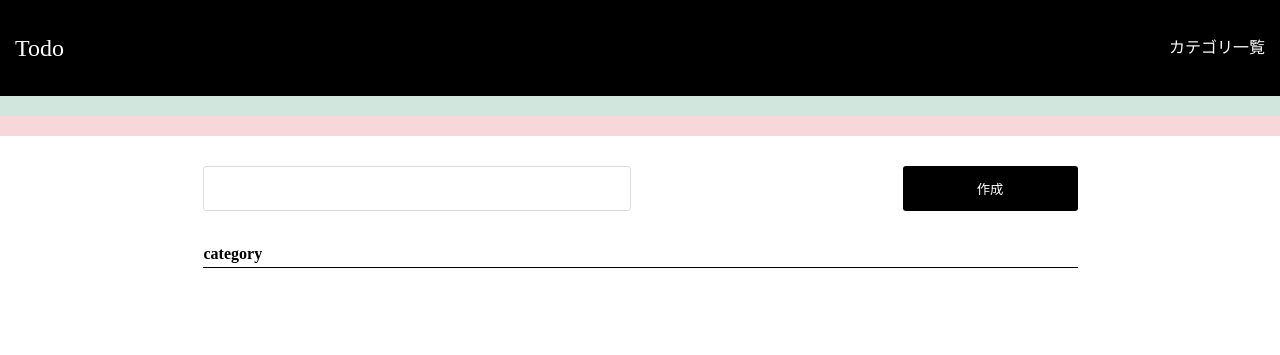
Repository: mayu-ya/todo4
Page: http://localhost/categories
An editor plug-in stored every save of this project. The page is shown before and after the next save, followed by the edit.
The browser window is 1280 px wide. The pictures show the whole page.
The page is served by the project's Laravel application, run on PHP 8.4 with Laravel 8. Other server files are loaded and not shown. Queries for data that is not in the repository find no rows.

Above is the page before, as saved 2026-01-13 23:26:04.

### src/routes/web.php
<?php

use Illuminate\Support\Facades\Route;
use App\Http\Controllers\TodoController;
use App\Http\Controllers\CategoryController;

/*
|--------------------------------------------------------------------------
| Web Routes
|--------------------------------------------------------------------------
|
| Here is where you can register web routes for your application. These
| routes are loaded by the RouteServiceProvider within a group which
| contains the "web" middleware group. Now create something great!
|
*/

Route::get('/', [TodoController::class, 'index']);
Route::post('/todos', [TodoController::class, 'store']);
Route::patch('/todos/update', [TodoController::class, 'update']);
Route::delete('todos/delete', [TodoController::class, 'destroy']);

Route::get('/categories', [CategoryController::class, 'index']);

### src/app/Http/Controllers/CategoryController.php
<?php

namespace App\Http\Controllers;

use App\Models\Category;
use Illuminate\Http\Request;

class CategoryController extends Controller
{
    public function index()
    {
        $categories = Category::all();

        return view('category', compact('categories'));
    }
}

### src/app/Models/Category.php
<?php

namespace App\Models;

use Illuminate\Database\Eloquent\Factories\HasFactory;
use Illuminate\Database\Eloquent\Model;

class Category extends Model
{
    use HasFactory;

    protected $fillable = ['neme'];
}

### src/resources/views/category.blade.php
@extends('layouts.app')

@section('css')
<link rel="stylesheet" href="{{ asset('css/category.css') }}">
@endsection

@section('content')
<div class="category-message">
    <div class="category-success">
        <div class="category-success_message"></div>
    </div>
    <div class="category-error">
        <div class="category-error_message"></div>
    </div>
</div>

<div class="content">
    <form class="category-form">
        <div class="category-form_item">
            <input type="text" class="category-form_item-input" name="category">
        </div>
        <div class="category-form_button">
            <button class="category-form_button-submit" type="submit">作成</button>
        </div>
    </form>

    <table class="table">
        <tr class="table-row">
            <th class="table-header">
                <div class="table-header-item">category</div>
            </th>
        </tr>
        @foreach($categories as $category)
        <tr class="table-row">
            <td class="table_item">
                <form class="table-update" action="/">
                    <div class="table-update_item">
                        <input type="text" class="table-update_item-input" name="category">
                    </div>
                    <div class="table-update_button">
                        <button class="table-update_button-submit" type="submit">更新</button>
                    </div>
                </form>
            </td>
            <td class="table_item">
                <form class="table-delete" action="/">
                    <div class="table-delete_button">
                        <button class="table-delete_button-submit" type="submit">削除</button>
                    </div>
                </form>
            </td>
        </tr>
        @endforeach
    </table>
</div>
@endsection

### src/resources/views/layouts/app.blade.php
<!DOCTYPE html>
<html lang="ja">
<head>
    <meta charset="UTF-8">
    <meta name="viewport" content="width=device-width, initial-scale=1.0">
    <title>Todo</title>
    <link rel="stylesheet" href="{{ asset('css/sanitize.css') }}">
    <link rel="stylesheet" href="{{ asset('css/common.css') }}">
    @yield('css')
</head>
<body>
    <header class="header">
        <div class="header-inner">
            <div class="header-utilities">
                <a href="/" class="header-logo">Todo</a>
                <nav>
                    <ul class="header-nav">
                        <li class="header-nav_item">
                            <a href="/categories" class="header-nav_link">カテゴリ一覧</a>
                        </li>
                    </ul>
                </nav>
            </div>
        </div>
    </header>

    <main>
        @yield('content')
    </main>
</body>
</html>

### src/public/css/sanitize.css
/* Document
* ========================================================================== */

/**
* Add border box sizing in all browsers (opinionated).
*/

*,
::before,
::after {
box-sizing: border-box;
}

/**
* 1. Add text decoration inheritance in all browsers (opinionated).
* 2. Add vertical alignment inheritance in all browsers (opinionated).
*/

::before,
::after {
vertical-align: inherit; /* 2 */
text-decoration: inherit; /* 1 */
}

/**
* 1. Use the default cursor in all browsers (opinionated).
* 2. Change the line height in all browsers (opinionated).
* 3. Use a 4-space tab width in all browsers (opinionated).
* 4. Remove the grey highlight on links in iOS (opinionated).
* 5. Prevent adjustments of font size after orientation changes in
*    IE on Windows Phone and in iOS.
* 6. Breaks words to prevent overflow in all browsers (opinionated).
*/

html {
word-break: break-word; /* 6 */
-moz-tab-size: 4; /* 3 */
tab-size: 4; /* 3 */
line-height: 1.5; /* 2 */
cursor: default; /* 1 */

-webkit-tap-highlight-color: transparent /* 4 */;
-ms-text-size-adjust: 100%; /* 5 */
-webkit-text-size-adjust: 100%; /* 5 */
}

/* Sections
* ========================================================================== */

/**
* Remove the margin in all browsers (opinionated).
*/

body {
margin: 0;
}

/**
* Correct the font size and margin on `h1` elements within `section` and
* `article` contexts in Chrome, Edge, Firefox, and Safari.
*/

h1 {
margin: 0.67em 0;
font-size: 2em;
}

/* Grouping content
* ========================================================================== */

/**
* Remove the margin on nested lists in Chrome, Edge, IE, and Safari.
*/

dl dl,
dl ol,
dl ul,
ol dl,
ul dl {
margin: 0;
}

/**
* Remove the margin on nested lists in Edge 18- and IE.
*/

ol ol,
ol ul,
ul ol,
ul ul {
margin: 0;
}

/**
* 1. Add the correct sizing in Firefox.
* 2. Show the overflow in Edge 18- and IE.
*/

hr {
overflow: visible; /* 2 */
height: 0; /* 1 */
}

/**
* Add the correct display in IE.
*/

main {
display: block;
}

/**
* Remove the list style on navigation lists in all browsers (opinionated).
*/

nav ol,
nav ul {
padding: 0;
list-style: none;
}

/**
* 1. Correct the inheritance and scaling of font size in all browsers.
* 2. Correct the odd `em` font sizing in all browsers.
*/

pre {
font-size: 1em; /* 2 */
font-family: monospace, monospace; /* 1 */
}

/* Text-level semantics
* ========================================================================== */

/**
* Remove the gray background on active links in IE 10.
*/

a {
background-color: transparent;
}

/**
* Add the correct text decoration in Edge 18-, IE, and Safari.
*/

abbr[title] {
text-decoration: underline;
text-decoration: underline dotted;
}

/**
* Add the correct font weight in Chrome, Edge, and Safari.
*/

b,
strong {
font-weight: bolder;
}

/**
* 1. Correct the inheritance and scaling of font size in all browsers.
* 2. Correct the odd `em` font sizing in all browsers.
*/

code,
kbd,
samp {
font-size: 1em; /* 2 */
font-family: monospace, monospace; /* 1 */
}

/**
* Add the correct font size in all browsers.
*/

small {
font-size: 80%;
}

/* Embedded content
* ========================================================================== */

/*
* Change the alignment on media elements in all browsers (opinionated).
*/

audio,
canvas,
iframe,
img,
svg,
video {
vertical-align: middle;
}

/**
* Add the correct display in IE 9-.
*/

audio,
video {
display: inline-block;
}

/**
* Add the correct display in iOS 4-7.
*/

audio:not([controls]) {
display: none;
height: 0;
}

/**
* Remove the border on iframes in all browsers (opinionated).
*/

iframe {
border-style: none;
}

/**
* Remove the border on images within links in IE 10-.
*/

img {
border-style: none;
}

/**
* Change the fill color to match the text color in all browsers (opinionated).
*/

svg:not([fill]) {
fill: currentColor;
}

/**
* Hide the overflow in IE.
*/

svg:not(:root) {
overflow: hidden;
}

/* Tabular data
* ========================================================================== */

/**
* Collapse border spacing in all browsers (opinionated).
*/

table {
border-collapse: collapse;
}

/* Forms
* ========================================================================== */

/**
* Remove the margin on controls in Safari.
*/

button,
input,
select {
margin: 0;
}

/**
* 1. Show the overflow in IE.
* 2. Remove the inheritance of text transform in Edge 18-, Firefox, and IE.
*/

button {
overflow: visible; /* 1 */
text-transform: none; /* 2 */
}

/**
* Correct the inability to style buttons in iOS and Safari.
*/

button,
[type="button"],
[type="reset"],
[type="submit"] {
-webkit-appearance: button;
}

/**
* 1. Change the inconsistent appearance in all browsers (opinionated).
* 2. Correct the padding in Firefox.
*/

fieldset {
padding: 0.35em 0.75em 0.625em; /* 2 */
border: 1px solid #a0a0a0; /* 1 */
}

/**
* Show the overflow in Edge 18- and IE.
*/

input {
overflow: visible;
}

/**
* 1. Correct the text wrapping in Edge 18- and IE.
* 2. Correct the color inheritance from `fieldset` elements in IE.
*/

legend {
display: table; /* 1 */
max-width: 100%; /* 1 */
color: inherit; /* 2 */
white-space: normal; /* 1 */
}

/**
* 1. Add the correct display in Edge 18- and IE.
* 2. Add the correct vertical alignment in Chrome, Edge, and Firefox.
*/

progress {
display: inline-block; /* 1 */
vertical-align: baseline; /* 2 */
}

/**
* Remove the inheritance of text transform in Firefox.
*/

select {
text-transform: none;
}

/**
* 1. Remove the margin in Firefox and Safari.
* 2. Remove the default vertical scrollbar in IE.
* 3. Change the resize direction in all browsers (opinionated).
*/

textarea {
overflow: auto; /* 2 */
margin: 0; /* 1 */
resize: vertical; /* 3 */
}

/**
* Remove the padding in IE 10-.
*/

[type="checkbox"],
[type="radio"] {
padding: 0;
}

/**
* 1. Correct the odd appearance in Chrome, Edge, and Safari.
* 2. Correct the outline style in Safari.
*/

[type="search"] {
outline-offset: -2px; /* 2 */

-webkit-appearance: textfield; /* 1 */
}

/**
* Correct the cursor style of increment and decrement buttons in Safari.
*/

::-webkit-inner-spin-button,
::-webkit-outer-spin-button {
height: auto;
}

/**
* Correct the text style of placeholders in Chrome, Edge, and Safari.
*/

::-webkit-input-placeholder {
color: inherit;
opacity: 0.54;
}

/**
* Remove the inner padding in Chrome, Edge, and Safari on macOS.
*/

::-webkit-search-decoration {
-webkit-appearance: none;
}

/**
* 1. Correct the inability to style upload buttons in iOS and Safari.
* 2. Change font properties to `inherit` in Safari.
*/

::-webkit-file-upload-button {
font: inherit; /* 2 */

-webkit-appearance: button; /* 1 */
}

/**
* Remove the inner border and padding of focus outlines in Firefox.
*/

::-moz-focus-inner {
padding: 0;
border-style: none;
}

/**
* Restore the focus outline styles unset by the previous rule in Firefox.
*/

:-moz-focusring {
outline: 1px dotted ButtonText;
}

/**
* Remove the additional :invalid styles in Firefox.
*/

:-moz-ui-invalid {
box-shadow: none;
}

/* Interactive
* ========================================================================== */

/*
* Add the correct display in Edge 18- and IE.
*/

details {
display: block;
}

/*
* Add the correct styles in Edge 18-, IE, and Safari.
*/

dialog {
position: absolute;
right: 0;
left: 0;
display: block;
margin: auto;
padding: 1em;
width: -moz-fit-content;
width: -webkit-fit-content;
width: fit-content;
height: -moz-fit-content;
height: -webkit-fit-content;
height: fit-content;
border: solid;
background-color: white;
color: black;
}

dialog:not([open]) {
display: none;
}

/*
* Add the correct display in all browsers.
*/

summary {
display: list-item;
}

/* Scripting
* ========================================================================== */

/**
* Add the correct display in IE 9-.
*/

canvas {
display: inline-block;
}

/**
* Add the correct display in IE.
*/

template {
display: none;
}

/* User interaction
* ========================================================================== */

/*
* 1. Remove the tapping delay in IE 10.
* 2. Remove the tapping delay on clickable elements
in all browsers (opinionated).
*/

a,
area,
button,
input,
label,
select,
summary,
textarea,
[tabindex] {
-ms-touch-action: manipulation; /* 1 */
touch-action: manipulation; /* 2 */
}

/**
* Add the correct display in IE 10-.
*/

[hidden] {
display: none;
}

/* Accessibility
* ========================================================================== */

/**
* Change the cursor on busy elements in all browsers (opinionated).
*/

[aria-busy="true"] {
cursor: progress;
}

/*
* Change the cursor on control elements in all browsers (opinionated).
*/

[aria-controls] {
cursor: pointer;
}

/*
* Change the cursor on disabled, not-editable, or otherwise
* inoperable elements in all browsers (opinionated).
*/

[aria-disabled="true"],
[disabled] {
cursor: not-allowed;
}

/*
* Change the display on visually hidden accessible elements
* in all browsers (opinionated).
*/

[aria-hidden="false"][hidden] {
display: initial;
}

[aria-hidden="false"][hidden]:not(:focus) {
position: absolute;
clip: rect(0, 0, 0, 0);
}

### src/public/css/common.css
.header {
    background: #000;
    max-width: 1536px;
}

.header-inner {
    width: 100%;
    margin: 0 auto;
    padding: 20px 15px;
}

.header-utilities {
    display: flex;
    align-items: center;
    justify-content: space-between;
}

.header-logo {
    display: block;
    font-size: 24px;
    color: #fff;
    text-decoration: none;
    cursor: pointer;
}

.header-nav_link {
    color: #fff;
    text-decoration: none;
}

### src/public/css/category.css
.category-success_message {
    padding: 10px 30px;
    background: #d1e7dd;
    color: #0f5132;
    border-color: #badbcc;
}

.category-error_message {
    padding: 10px 0;
    background: #f8d7da;
    color: #842029;
    border-color: #f5c2c7;
}

.content {
    max-width: 1536px;
    margin: 0 auto;
    padding: 30px 15px;
}


.category-form {
    display: flex;
    width: 70%;
    justify-content: space-between;
    margin: 0 auto;
    margin-bottom: 15px;
    align-items: center;
}

.category-form_item {
    display: flex;
    width: 70%;
}

.category-form_item-input {
    margin-right: 10px;
    padding: 10px;
    width: 70%;
    height: 45px;
    border: 1px solid #ddd;
    border-radius: 3px;
    outline: none;
}

.category-form_button {
    width: 20%;
}

.category-form_button-submit {
    padding: 10px;
    width: 100%;
    height: 45px;
    border: none;
    border-radius: 3px;
    background: #000;
    color: #fff;
    cursor: pointer;
}

.table {
    margin: 30px auto;
    width: 70%;
    text-align: left;
}

.table-row {
    display: flex;
    border-bottom: 1px solid #000;
}

.table-update {
    display: flex;
    align-items: center;
    justify-content: space-between;
}

.table-update_item {
    width: 40%;
    line-height: 50%
}

.table-update_item-input {
    width: 100%;
    outline: none;
    border: none;
}

.table_item:first-of-type {
    padding: 12px;
    width: 90%;
}

.table-update_button {
    width: 50px;
}

.table-update_button-submit {
    padding: 5px;
    width: 100%;
    border: none;
    border-radius: 3px;
    background: #00f;
    color: #fff;
    cursor: pointer;
}

.table-delete_button {
    width: 50px;
    padding: 12px 0;
}

.table-delete_button-submit {
    padding: 5px;
    width: 100%;
    border: none;
    border-radius: 3px;
    background: #ff0000;
    color: #fff;
    cursor: pointer;
}

Loaded but not shown: src/app/Http/Controllers/Controller.php (common file)

After the next save:
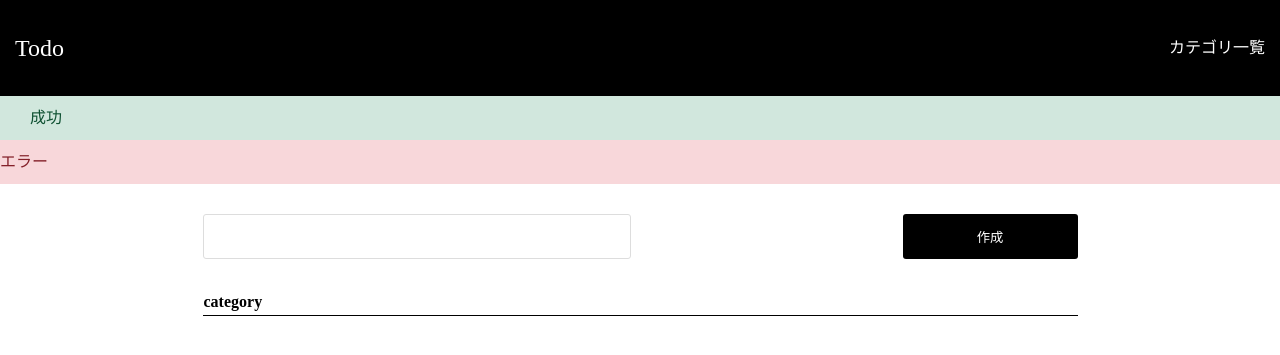
Saved 61 s later.
--- a/src/resources/views/category.blade.php
+++ b/src/resources/views/category.blade.php
@@ -7,10 +7,10 @@
 @section('content')
 <div class="category-message">
     <div class="category-success">
-        <div class="category-success_message"></div>
+        <div class="category-success_message">成功</div>
     </div>
     <div class="category-error">
-        <div class="category-error_message"></div>
+        <div class="category-error_message">エラー</div>
     </div>
 </div>
 
